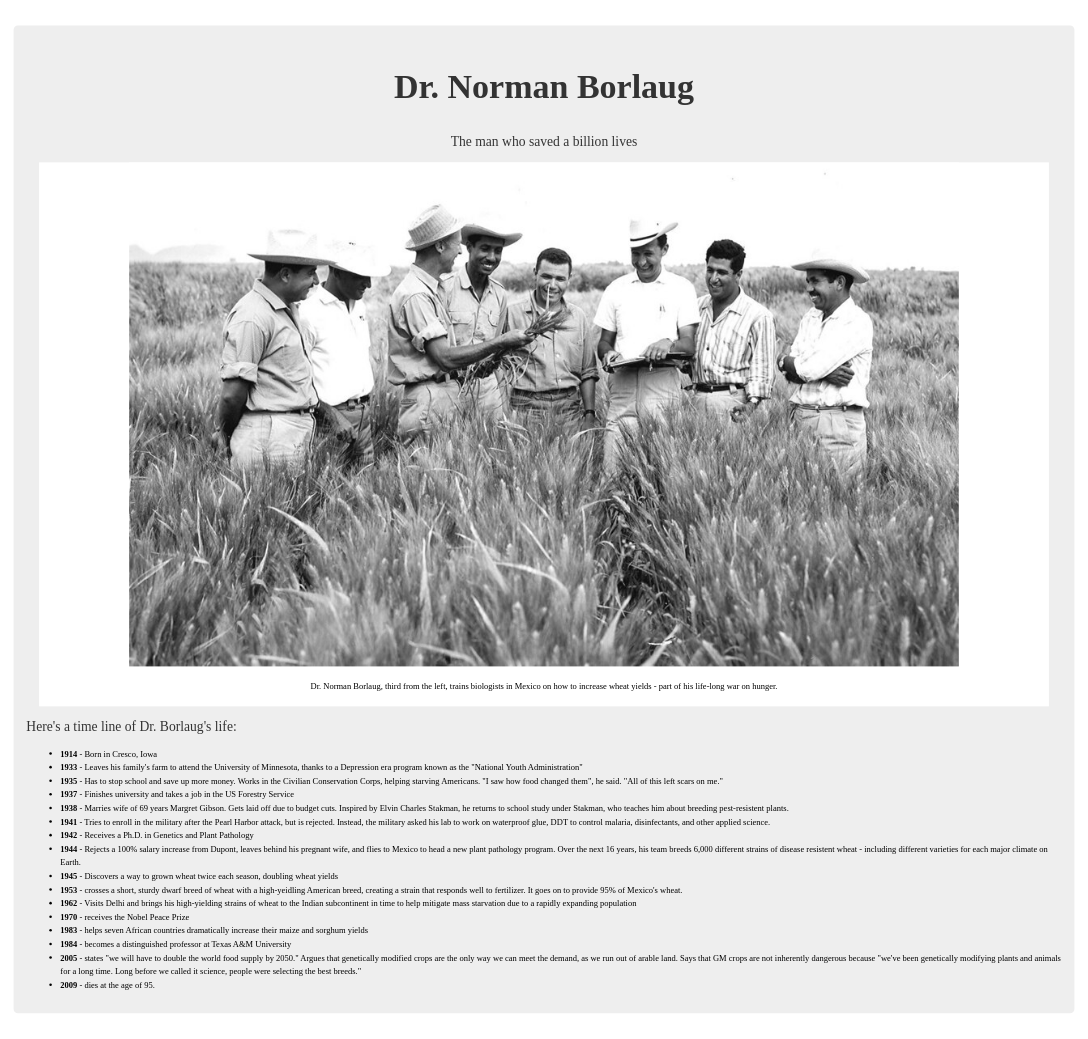
Repository: HTDuy01/github-demo
Page: freecodecamp/index.html
These files come from the project's save history. The page is drawn as it stood at one moment and after the next save; the edit follows.
The browser window is 1280 px wide. The pictures show the whole page, at 85% of full size.

Above is the page before, as saved 2021-11-18 20:51:34.

After the next save:
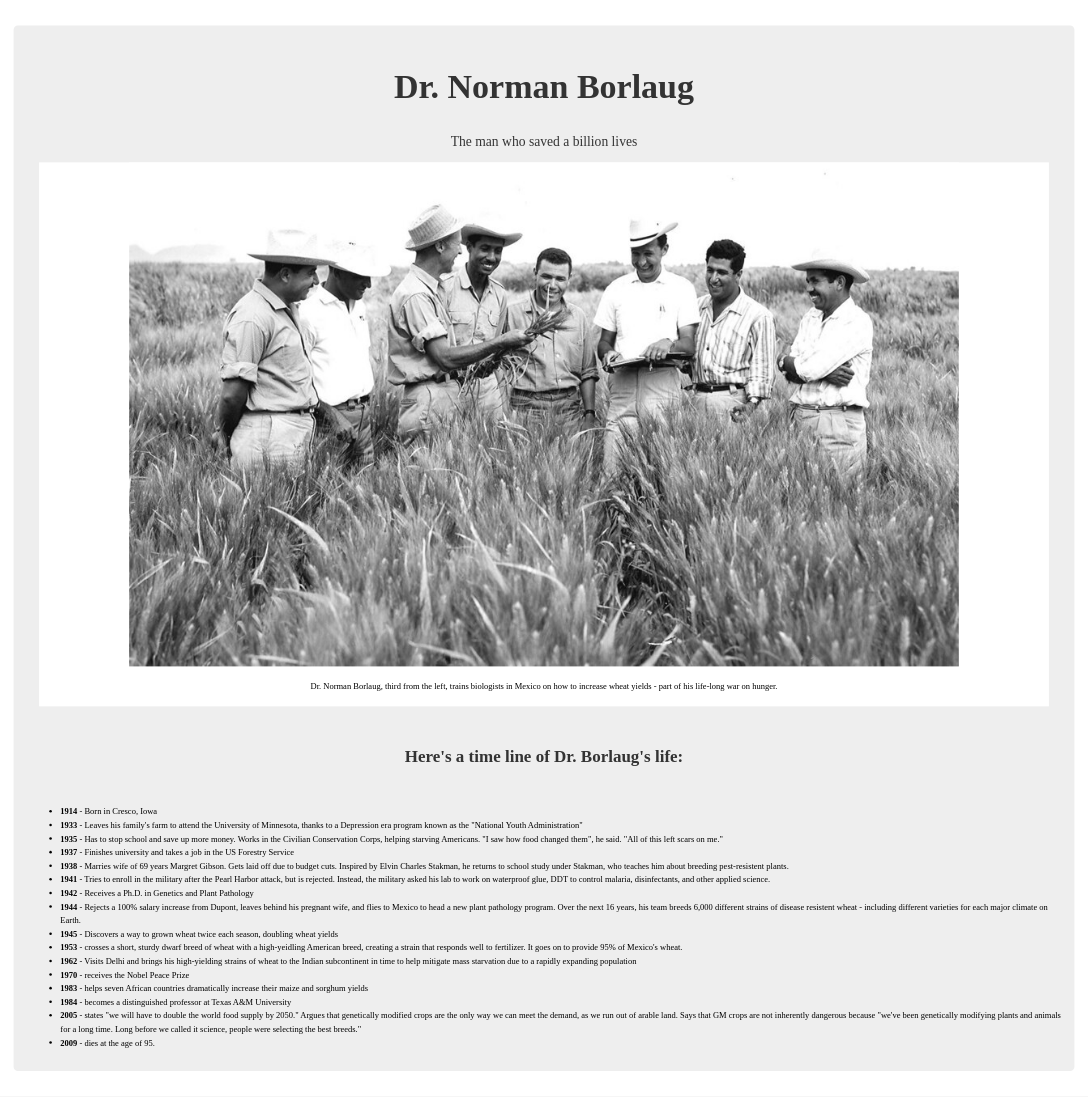
Saved 115 s later.
--- a/freecodecamp/assets/css/style.css
+++ b/freecodecamp/assets/css/style.css
@@ -44,7 +44,9 @@
 }
 
 .content-heading {
-    font-size: 1.6rem;
+    font-size: 2rem;
     color: var(--color-header);
-    font-weight: 500;
+    font-weight: 600;
+    text-align: center;
+    margin: 50px 0;
 }
